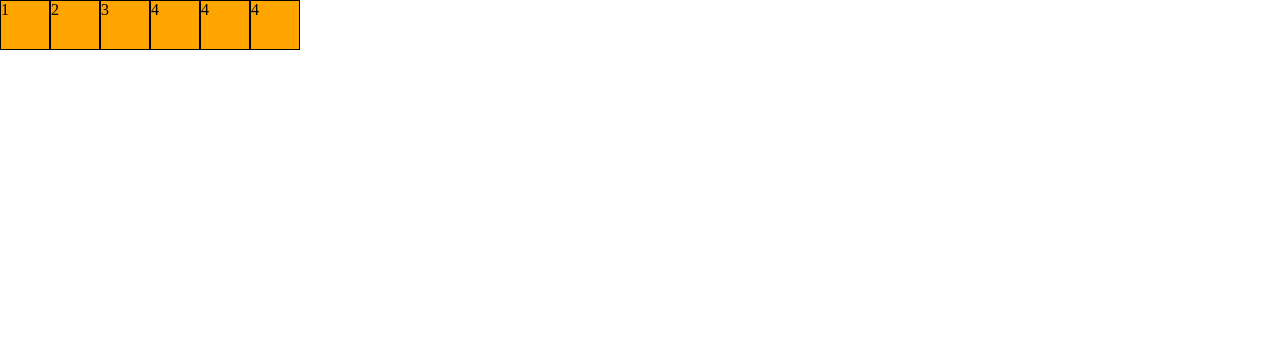
Repository: wisdomphamdev/flex-box
Page: index.html
These files come from the project's save history. The page is drawn as it stood at one moment and after the next save; the edit follows.
The browser window is 1280 px wide. The pictures show the whole page.

Above is the page before, as saved 2024-06-10 21:26:43.

After the next save:
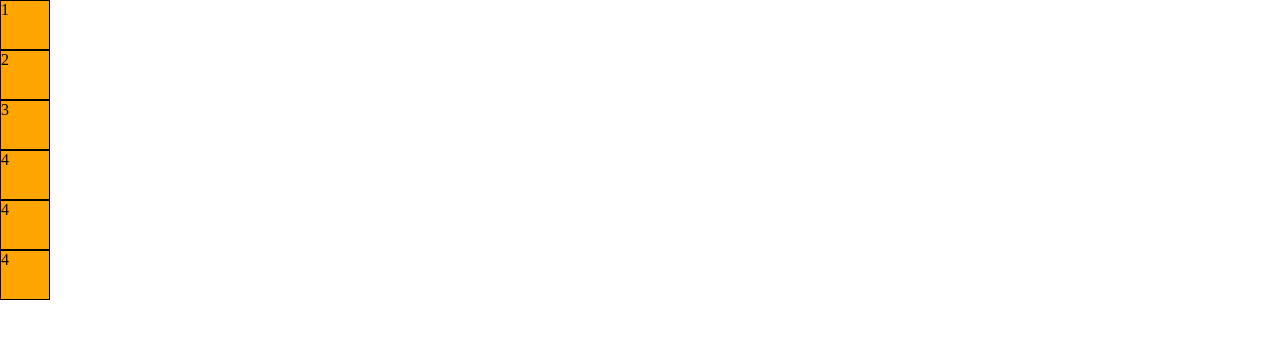
Saved 5 s later.
--- a/style.css
+++ b/style.css
@@ -12,7 +12,7 @@
 }
 
 .container {
-
+    height
   display: flex;
   /* flex-direction: column; */
   /* flex-direction: row; */
